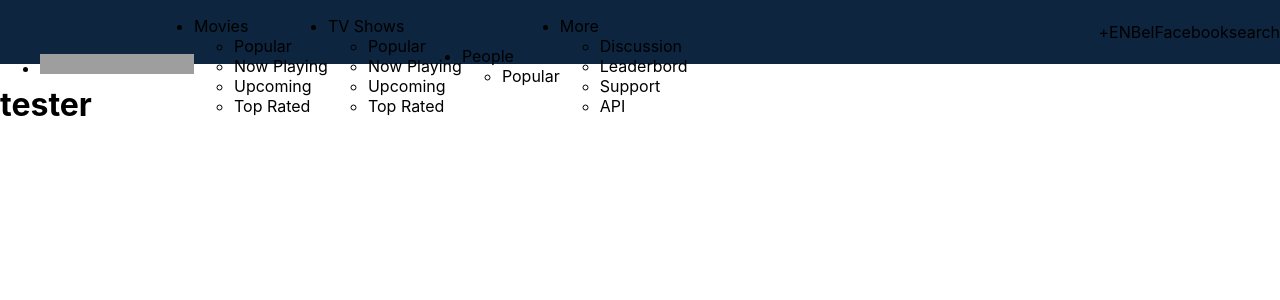
Repository: Fauzaanmhmd/qnpTesFrontend
Page: /
An editor plug-in stored every save of this project. The page is shown before and after the next save, followed by the edit.
The browser window is 1280 px wide. The pictures show the whole page.
Pictures or frames that could not be fetched are drawn as grey boxes. The page's requests for data from a server got no answer. The project was rebuilt for these pictures with package versions that can differ from the ones it lists, and the page was loaded fresh each time. The framework's server and built-in components were replaced by stand-ins that run in the browser. No one was signed in, and anything a server would have sent is missing. Also part of the build but not shown: next.config.js, styles/Moviecard.module.scss, pages/components/Moviecard.tsx.

Above is the page before, as saved 2022-03-17 13:07:22.

### pages/index.tsx
import type { NextPage } from 'next'
import styles from '../styles/Home.module.scss'
import Section from './Section'
import { useEffect, useState } from 'react'
import axios from 'axios'
import MovieCard from './components/Moviecard'
import Youtube from 'react-youtube'
import { ReactNode } from 'react'
import Navbar from './components/Navbar'


const Home: NextPage = () => {

  const MOVIE_API = "https://api.themoviedb.org/3"
  const SEARCH_API = MOVIE_API + "search/movie"
  const BACKDROP_PATH = "https://image.tmdb.org/t/p/w1280"
  const API_KEY = "b3802c15c1569a1a0caa6bee01c6f23e"
  const DISCOVER_API = `${MOVIE_API}/discover/movie`

  const [movie, setMovie] = useState({ title: "Loading Movies" })
  const [trailer, setTrailer] = useState(null)
  const [playing, setPlaying] = useState(false)
  const [movies, setMovies] = useState([])
  const [searchKey, setSearchKey] = useState("")

  useEffect(() => {
    fetchMovies()
  }, [])

  const fetchMovies = async () => {

    const { data } = await axios.get(`${searchKey ? SEARCH_API : DISCOVER_API}`, {
      params: {
        api_key: API_KEY,
        query: searchKey
      }
    })

    console.log(data)
    setMovies(data.results)
  }

  const renderMovies = () => {
    return movies?.map((movie: any) => (
      <MovieCard
        key={movie.id}
        movie={movie}
      />
    ))
  }

  return (
    <div>
      <header>
        <Navbar />
      </header>
      <div>
        <h1>tester</h1>
        <div className={styles.container}>
          {renderMovies()}
        </div>
      </div>
    </div>
  )

}


export default Home

### styles/Home.module.scss
.container {
    display: flex;
    align-items: center;
    flex-wrap: nowrap;
    flex-direction: row;
    margin-top: 8px;
    margin-left: 2rem;
    max-width: 100%;
    overflow-x: auto;
}

### pages/components/Navbar.tsx
import styles from "../../styles/Navbar.module.scss"

const Navbar = () => {
    return (
        <div className={styles.Navbar}>
            <div className={styles.MenuBar}>
                <ul className={styles.NavbarItem}>
                    <li><img src="https://www.themoviedb.org/assets/2/v4/logos/v2/blue_short-8e7b30f73a4020692ccca9c88bafe5dcb6f8a62a4c6bc55cd9ba82bb2cd95f6c.svg" /></li>
                    <li><a>Movies</a>
                        <div>
                            <ul>
                                <li>Popular</li>
                                <li>Now Playing</li>
                                <li>Upcoming</li>
                                <li>Top Rated</li>
                            </ul>
                        </div>
                    </li>
                    <li><a>TV Shows</a>
                        <div>
                            <ul>
                                <li>Popular</li>
                                <li>Now Playing</li>
                                <li>Upcoming</li>
                                <li>Top Rated</li>
                            </ul>
                        </div>
                    </li>
                    <li><a>People</a>
                        <div>
                            <ul>
                                <li>Popular</li>
                            </ul>
                        </div>
                    </li>
                    <li><a>More</a>
                        <div>
                            <ul>
                                <li>Discussion</li>
                                <li>Leaderbord</li>
                                <li>Support</li>
                                <li>API</li>
                            </ul>
                        </div>
                    </li>
                </ul>
            </div>
            <div className={styles.NavbarIcon}>
                <div>
                    +
                </div>
                <div>
                    EN
                </div>
                <div>
                    Bel
                </div>
                <div>
                    Facebook
                </div>
                <div>
                    search
                </div>
            </div>
        </div>
    )
}

export default Navbar

### styles/Navbar.module.scss
@import "./utils/utils.scss";

.Navbar {
    display: flex;
    justify-content: space-between;
    background-color: $darkblue;
    width: 100%;
    height: 4rem;
}

.NavbarItem {
    display: flex;
    align-items: center;

    img {
        width: 154px;
        height: 20px;
    }
}

.NavbarIcon {
    display: flex;
    align-items: center;
}

### styles/utils/utils.scss
@import "./color.scss";

### styles/utils/color.scss
$lightgreen : #90cea1;
$white: #FFFFFF;
$lightblue: #01b4e4;
$darkblue: #0d253f;

Loaded but not shown: pages/_app.tsx (common file); styles/globals.scss (common file)

After the next save:
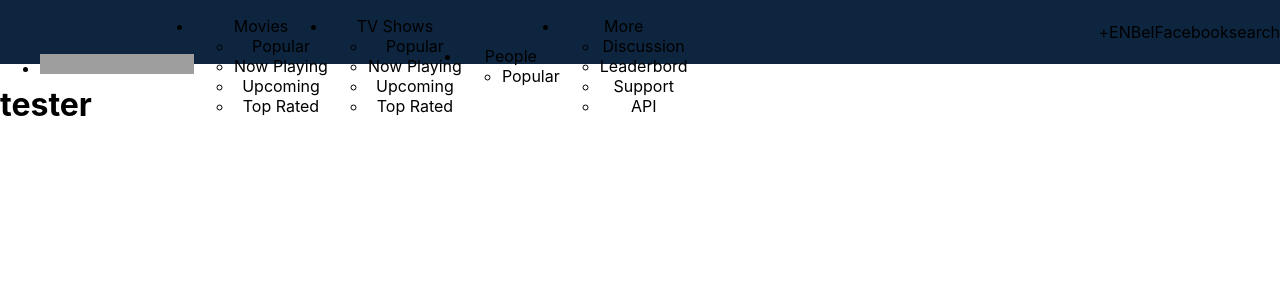
Saved 54 s later.
--- a/styles/Navbar.module.scss
+++ b/styles/Navbar.module.scss
@@ -6,6 +6,15 @@
     background-color: $darkblue;
     width: 100%;
     height: 4rem;
+}
+
+.MenuBar {
+    text-align: center;
+}
+
+.Menubar ul {
+    display: inline-flex;
+    list-style: none;
 }
 
 .NavbarItem {
